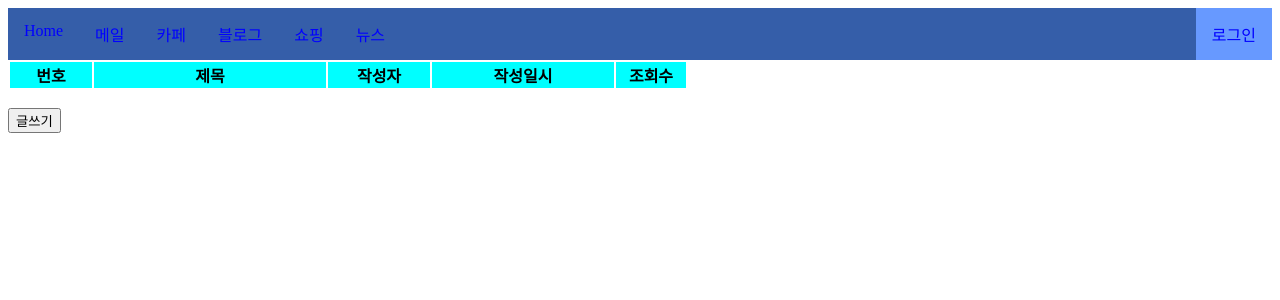
Repository: kdh2212/KDT_code
Page: http://localhost/20250808Web/boardList.jsp
The author's editor kept a copy of each file at every save. The page is drawn from the files as they stood at one save, then again after the next save.
The browser window is 1280 px wide. The pictures show the whole page.
The page is served by Tomcat 9. Queries for data that is not in the repository find no rows.

Above is the page before, as saved 2025-08-08 02:38:42.

After the next save:
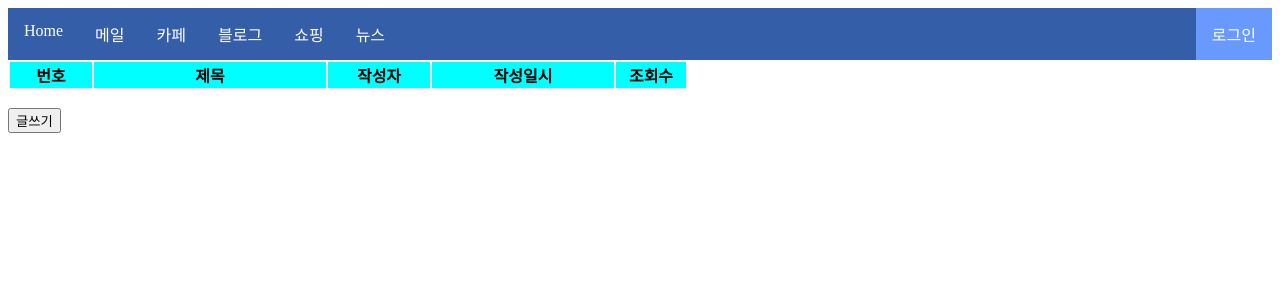
Saved 112 s later.
--- a/20250808Web/src/main/webapp/navbar.jspf
+++ b/20250808Web/src/main/webapp/navbar.jspf
@@ -61,10 +61,10 @@
         .title    { width:230px; }
         .writer   { width:100px; }
         .regtime  { width:180px; }
-
+        /*
         a:link    { text-decoration:none; color:blue; }
         a:visited { text-decoration:none; color:gray; }
-        a:hover   { text-decoration:none; color:red;  }
+        a:hover   { text-decoration:none; color:red;  }*/
 </style>
 </head>
 <body>
